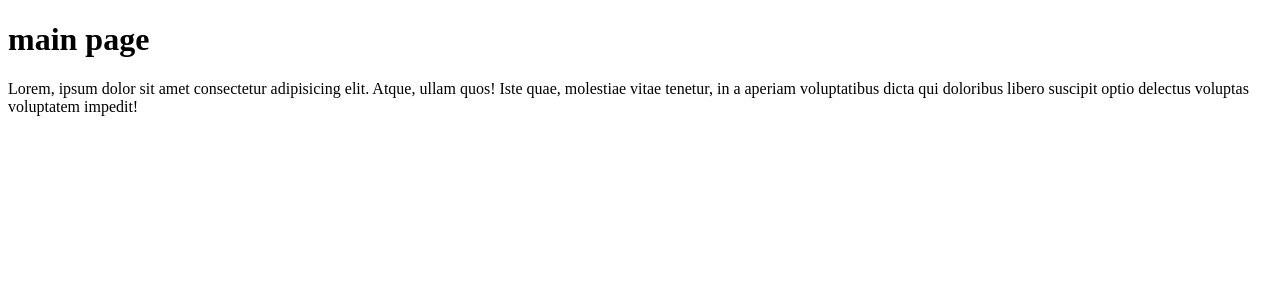
Repository: PareutPareut/frontend
Page: chapter4/public/example.html
An editor plug-in stored every save of this project. The page is shown before and after the next save, followed by the edit.
The browser window is 1280 px wide. The pictures show the whole page.

Above is the page before, as saved 2023-11-16 11:30:05.

### chapter4/public/example.html
<!DOCTYPE html>
<html lang="en">
<head>
    <meta charset="UTF-8">
    <meta http-equiv="X-UA-Compatible" content="IE=edge">
    <meta name="viewport" content="width=device-width, initial-scale=1.0">
    <title>main.html</title>
</head>
<body>
    <h1>main page</h1>

    <p>Lorem, ipsum dolor sit amet consectetur adipisicing elit.
        Atque, ullam quos! Iste quae, molestiae vitae tenetur,
        in a aperiam voluptatibus dicta qui doloribus libero suscipit optio delectus voluptas voluptatem impedit!</p>
</body>
</html>

After the next save:
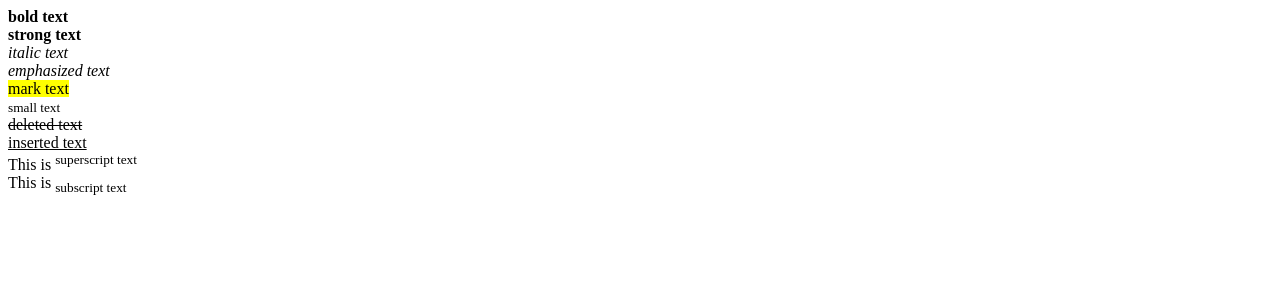
Saved 97 s later.
--- a/chapter4/public/example.html
+++ b/chapter4/public/example.html
@@ -1,16 +1,19 @@
-<!DOCTYPE html>
-<html lang="en">
-<head>
-    <meta charset="UTF-8">
-    <meta http-equiv="X-UA-Compatible" content="IE=edge">
-    <meta name="viewport" content="width=device-width, initial-scale=1.0">
-    <title>main.html</title>
-</head>
-<body>
-    <h1>main page</h1>
+<!doctype html>
+<html>
+    <head>
+        <title>Example: 2-2</title>
+    </head>
+    <body>
+        <b>bold text</b><br>
+        <strong>strong text</strong><br>
+        <i>italic text</i><br>
+        <em>emphasized text</em><br>
+        <mark>mark text</mark><br>
+        <small>small text</small><br>
+        <del>deleted text</del><br>
+        <ins>inserted text</ins><br>
+        This is <sup>superscript text</sup><br>
+        This is <sub>subscript text</sub>
 
-    <p>Lorem, ipsum dolor sit amet consectetur adipisicing elit.
-        Atque, ullam quos! Iste quae, molestiae vitae tenetur,
-        in a aperiam voluptatibus dicta qui doloribus libero suscipit optio delectus voluptas voluptatem impedit!</p>
-</body>
+    </body>
 </html>
